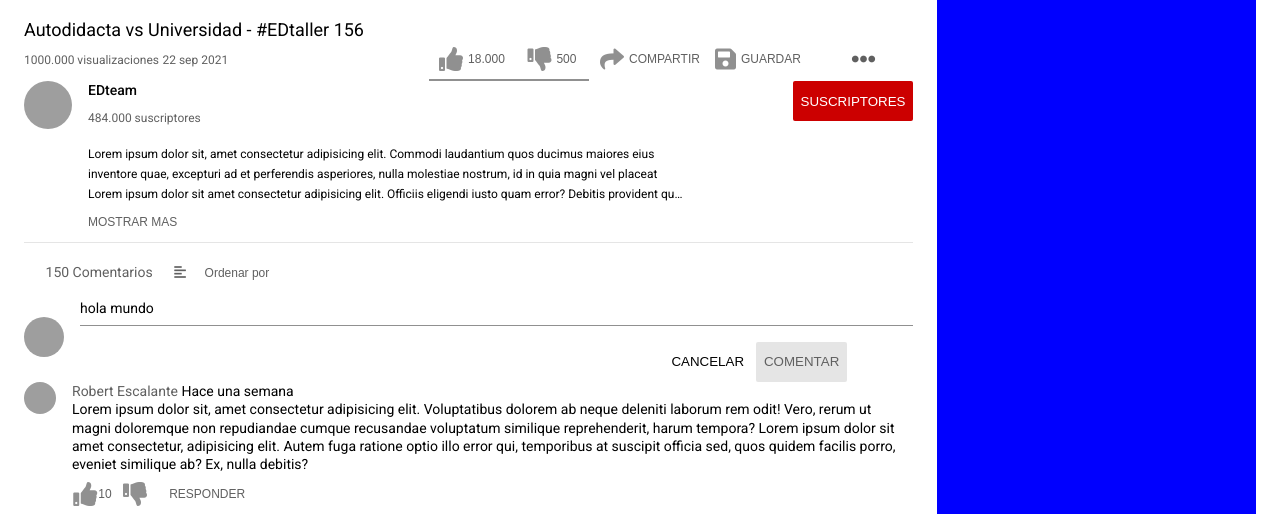
Repository: RobertAries28/ClonYoutube
Page: video.html
These files come from the project's save history. The page is drawn as it stood at one moment and after the next save; the edit follows.
The browser window is 1280 px wide. The pictures show the part of the page from y = 580 to 1097 px (the page is 1094 px tall before and 1097 px after).
Pictures or frames that could not be fetched are drawn as grey boxes. Some web libraries are served in a nearby version.

Above is the page before, as saved 2021-09-26 11:01:24.

After the next save:
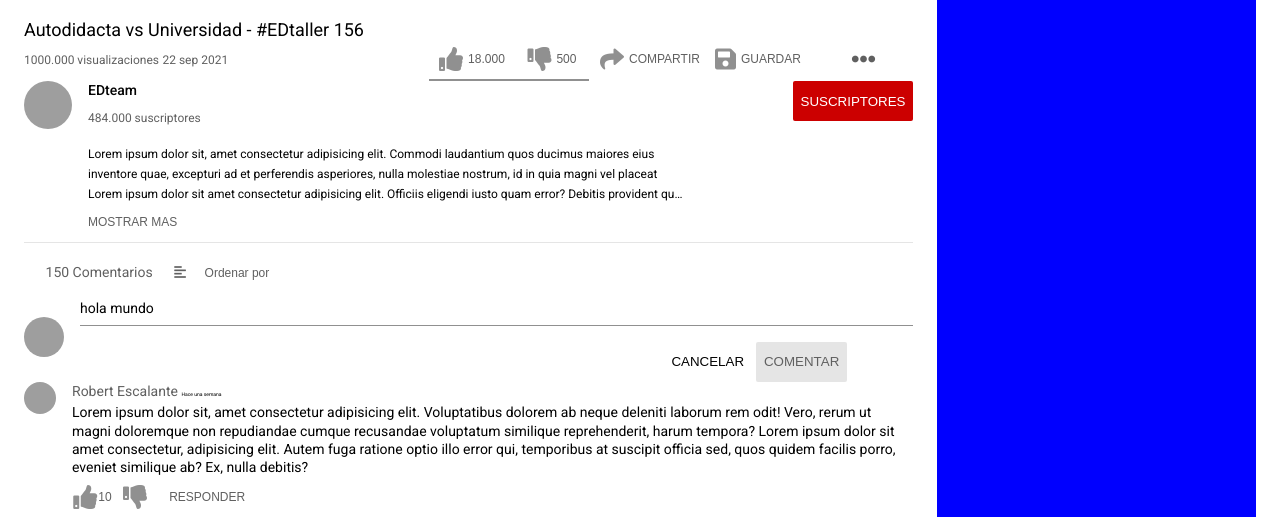
Saved 17 s later.
--- a/video.html
+++ b/video.html
@@ -162,7 +162,7 @@
             <div class="content">
                 <header class="header comentario-header">
                     <a>Robert Escalante</a>
-                    <time class="timecomentario">Hace una semana</time>
+                    <time class="time-comentario">Hace una semana</time>
                 </header>
                 <p class="text">Lorem ipsum dolor sit, amet consectetur adipisicing elit. Voluptatibus dolorem ab neque deleniti laborum rem odit! Vero, rerum ut magni doloremque non repudiandae cumque recusandae voluptatum similique reprehenderit, harum tempora? Lorem ipsum dolor sit amet consectetur, adipisicing elit. Autem fuga ratione optio illo error qui, temporibus at suscipit officia sed, quos quidem facilis porro, eveniet similique ab? Ex, nulla debitis?</p>
                <footer class="buttons-container">

After the save that followed:
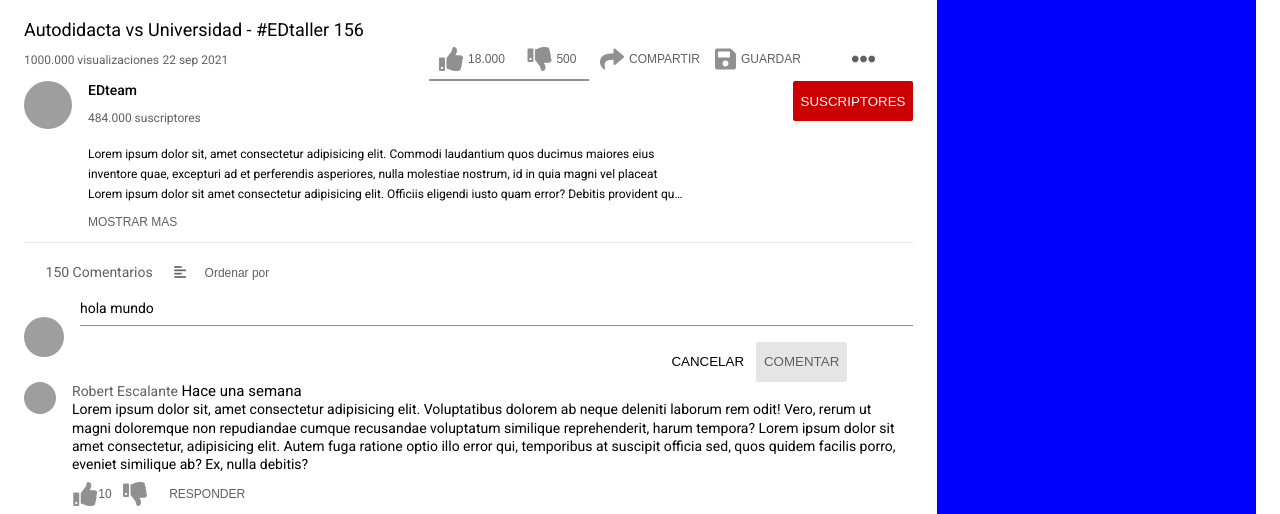
Saved 9 s later.
--- a/style.css
+++ b/style.css
@@ -741,5 +741,5 @@ hr.big{
 }
 
 .time-comentario{
-    font-size: 5px;
-}
+    font-size: 15px;
+}
